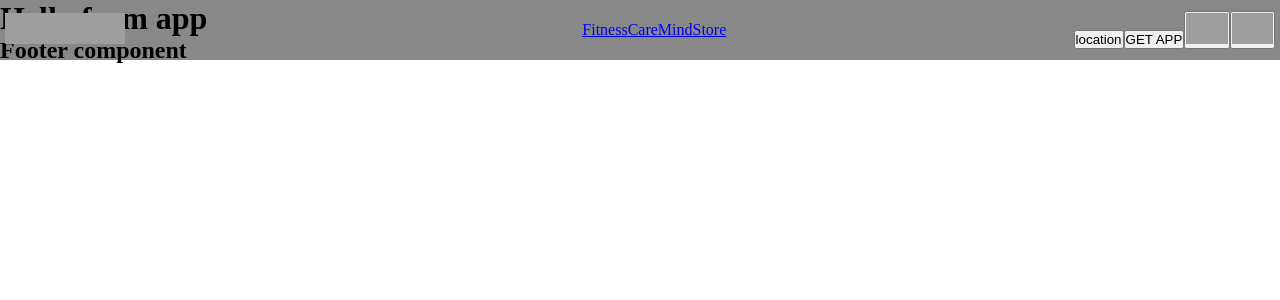
Repository: 1sanjeetsharma/cult-fit-clone
Page: /
These files come from the project's save history. The page is drawn as it stood at one moment and after the next save; the edit follows.
The browser window is 1280 px wide. The pictures show the whole page.
Pictures or frames that could not be fetched are drawn as grey boxes. The project was rebuilt for these pictures with package versions that can differ from the ones it lists, and the page was loaded fresh each time. Also part of the build but not shown: vite.config.js.

Above is the page before, as saved 2023-07-22 22:55:31.

### src/App.jsx
import LandingPage from "./components/landingPage/LandingPage";
function App() {
  return (
    <>
      <h1>Hello from app</h1>
      <LandingPage />
    </>
  );
}

export default App;

### src/components/landingPage/LandingPage.jsx
import Body from "../body/body";
// import Header from "../body/header/Header";
const LandingPage = () => {
	return (
		<>
			<Body></Body>
		</>
	);
};
export default LandingPage;

### src/components/body/body.jsx
import Header from "./header/Header";
import Footer from "./footer/Footer";
const Body = () => {
	console.log("hello from body");
	return (
		<>
			<Header />

			<Footer />
		</>
	);
};
export default Body;

### src/components/body/header/Header.jsx
import Navbar from "../Navbar/Navbar";
const Header = () => {
	return (
		<>
			<Navbar />
		</>
	);
};
export default Header;

### src/components/body/footer/Footer.jsx
const Footer = () => {
  return (
    <>
      <h2>Footer component</h2>
    </>
  );
};
export default Footer;

### src/components/body/Navbar/Navbar.jsx
import "./navbar.css";
const Navbar = () => {
	return (
		<>
			<div className="Nav-container">
				<nav>
					<a href="javascript:viod(0)">
						<img
							className="logo"
							height={"31px"}
							width={"120px"}
							src="https://cdn-images.cure.fit/www-curefit-com/image/upload/c_fill,w_120,q_auto:eco,dpr_2,f_auto,fl_progressive//image/test/brand-logo/vman-and-white-cult-text.png"
							alt="logo"
						/>
					</a>
					<div className="tabs">
						<a href="javascript:void(0)">Fitness</a>
						<a href="javascript:void(0)">Care</a>
						<a href="javascript:void(0)">Mind</a>
						<a href="javascript:void(0)">Store</a>
					</div>
					<div>
						<button className="location">location</button>
						<button className="get-app">GET APP</button>

						<button className="avatar">
							<img
								className="btn-img"
								src="https://cdn-images.cure.fit/www-curefit-com/image/upload/c_fill,w_26,q_auto:eco,dpr_2,f_auto,fl_progressive/image/test/header/Profile.png"
								alt="profile picture"
							/>
						</button>
						<button className="cart">
							<img
								className="btn-img"
								src="https://cdn-images.cure.fit/www-curefit-com/image/upload/c_fill,q_auto:eco,dpr_2,f_auto,fl_progressive//image/test/cart-dark-theme.svg"
								alt="cart"
							/>
						</button>
					</div>
				</nav>
			</div>
		</>
	);
};
export default Navbar;

### src/components/body/Navbar/navbar.css
* {
	margin: 0px;
	padding: 0px;
}
.Nav-container {
	position: fixed;
	/* display: flexbox; */
	top: 0px;
	/* height: 60px; */
	width: 100%;

	/* align-content: center; */
	/* text-align: center; */
	background-color: #00000077;
	box-sizing: border-box;
	/* z-index: 2; */
}

.logo,
.btn-img {
	height: 31px;
}
nav {
	display: flex;
	height: 50px;
	padding: 5px;
	flex-flow: row wrap;
	align-items: center;
	justify-content: space-between;
    linear-gradient(to bottom, #171A26, rgba(23, 26, 38, 0.0001))
}
.tabs {
	display: flex;
	flex-direction: row;
	justify-content: spae-between;
	margin-left: 110px;
}

Loaded but not shown: index.html (common file); src/main.jsx (common file)

After the next save:
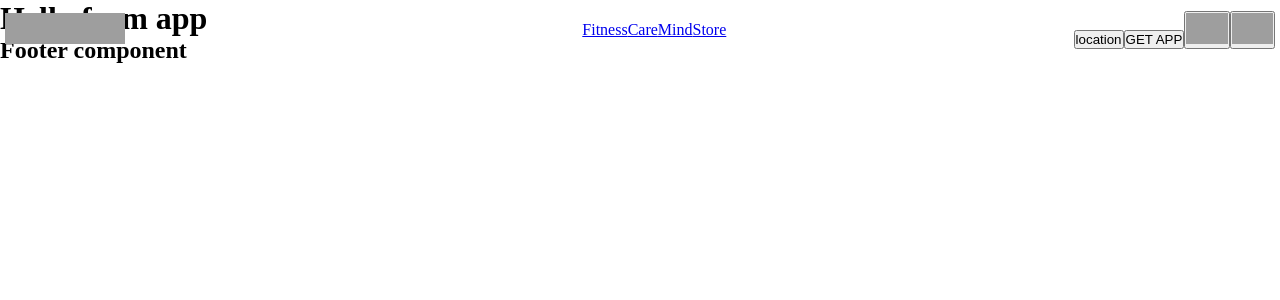
Saved 4 s later.
--- a/src/components/body/Navbar/navbar.css
+++ b/src/components/body/Navbar/navbar.css
@@ -11,7 +11,7 @@
 
 	/* align-content: center; */
 	/* text-align: center; */
-	background-color: #00000077;
+	/* background-color: #00000077; */
 	box-sizing: border-box;
 	/* z-index: 2; */
 }
